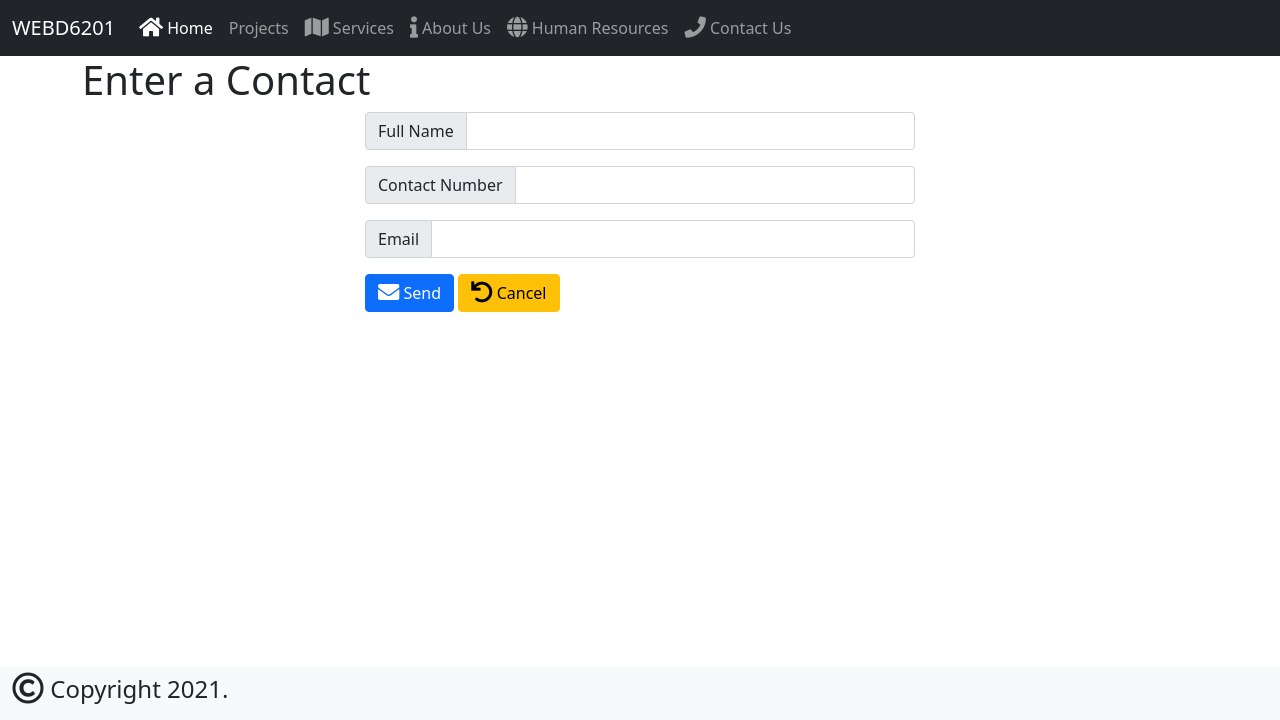
Repository: Sub4Sub/Lab_1
Page: contact.html
The author's editor kept a copy of each file at every save. The page is drawn from the files as they stood at one save, then again after the next save.
The browser window is 1280 px wide. The pictures show the whole page.

Above is the page before, as saved 2021-02-05 15:04:32.

### contact.html
<!DOCTYPE html>
<html lang="en">
<head>
    <meta charset="UTF-8">
    <meta name="viewport" content="width=device-width, initial-scale=1.0">
    <title>Contact</title>
    <!-- CSS Section -->
    <link rel="stylesheet" href="./node_modules/bootstrap/dist/css/bootstrap.min.css">
    <link rel="stylesheet" href="./node_modules/@fortawesome/fontawesome-free/css/all.min.css">
    <link rel="stylesheet" href="./Content/app.css">
</head>
<body>
    <!-- Main Header -->
    <header>
        <!-- Main Navigation -->
        <nav class="navbar navbar-expand-lg navbar-dark bg-dark">
            <div class="container-fluid">
              <a class="navbar-brand" href="index.html">WEBD6201</a>
              <button class="navbar-toggler" type="button" data-bs-toggle="collapse" data-bs-target="#navbarSupportedContent" aria-controls="navbarSupportedContent" aria-expanded="false" aria-label="Toggle navigation">
                <span class="navbar-toggler-icon"></span>
              </button>
              <div class="collapse navbar-collapse" id="navbarSupportedContent">
                <ul class="navbar-nav me-auto mb-2 mb-lg-0">
                  <li class="nav-item">
                    <a class="nav-link active" aria-current="page" href="index.html"><i class="fas fa-home fa-lg"></i> Home</a>
                  </li>

                  <li class="nav-item">
                    <a class="nav-link" id="productsLink" aria-current="page" href="products.html"><i class="fas fa-cog fa-lg"></i> Products</a>
                  </li>

                  <li class="nav-item">
                    <a class="nav-link" aria-current="page" href="services.html"><i class="fas fa-map fa-lg"></i> Services</a>
                  </li>

                  <li class="nav-item" id="aboutUsList">
                    <a class="nav-link" aria-current="page" href="about.html"><i class="fas fa-info fa-lg"></i> About Us</a>
                  </li>

                  <li class="nav-item">
                    <a class="nav-link" aria-current="page" href="contact.html"><i class="fas fa-phone fa-lg"></i> Contact Us</a>
                  </li>
                </ul>
              </div>
            </div>
          </nav>
    </header>

    <!-- Main Content -->
    <main class="container">
    </main>


    <!-- Script Section-->
    <script src="./node_modules/jquery/dist/jquery.min.js"></script>
    <script src="./node_modules/bootstrap/dist/js/bootstrap.bundle.min.js"></script>
    <script src="./Scripts/app.js"></script>
</body>
</html>

### Scripts/app.js
/*
* Name: Brett Tindall & Emeka Okoisama
* Student Id: 100708109 &
* Date Completed: 2021-02-05
*/

"use strict";

//IIFE - Immediately Invoked Function Expression
(function()
{

    /*
      Function that displays the home page's content
    */
    function displayHome()
    {
        let indexHeading = document.createElement("h1");

        indexHeading.setAttribute("id", "indexHeading");
        indexHeading.textContent = `Welcome to lab 1`;
        //indexHeading.className = "fs-4 fw-bold";

        let mainContent = document.querySelector("main");
        mainContent.appendChild(indexHeading);

        let newDivTag = document.createElement("div");
        newDivTag.innerHTML =
        `<h4>By Brett Tindall and Emeka Okoisama</h4>
        <p id="paragraphThree"> This is our first lab submission </p>`;

        mainContent.append(newDivTag);


    }

    /*
      Function that displays the contact page's content
    */
    function displayContact()
    {
      let contactHeading = document.createElement("h1");

      contactHeading.setAttribute("id", "contactHeading");
      contactHeading.textContent = "Enter a Contact";

      let mainContent = document.querySelector("main");
      mainContent.appendChild(contactHeading);

      let newDivTag = document.createElement("div");
      newDivTag.innerHTML =
      `<div id="messageArea"></div>

      <div class="row justify-content-lg-center g-3">
        <form class="col-lg-6 col-md-10 col-sm-10">

          <div class="input-group mb-3">
            <span class="input-group-text" id="inputGroup-sizing-default">Full Name </span>
            <input id="fullName" type="text" class="form-control" aria-label="Full Name" aria-describedby="Full Name Input"
            name="fullName" required>
          </div>

          <div class="input-group mb-3">
            <span class="input-group-text" id="inputGroup-sizing-default">Contact Number</span>
            <input id="contactNumber" type="tel" class="form-control" aria-label="Contact Number" aria-describedby="Contact Number Input"
            name="contactNumber" required>
          </div>

          <div class="input-group mb-3">
            <span class="input-group-text" id="inputGroup-sizing-default">Email</span>
            <input id="emailAddress" type="email" class="form-control" aria-label="Email Address" aria-describedby="Email Address Input"
            name="emailAddress" required>
          </div>

          <button id="sendButton" type="submit" class="btn btn-primary"><i class="fas fa-envelope fa-lg"></i> Send</button>
          <button id="cancelButton" type="reset" class="btn btn-warning"><i class="fas fa-undo fa-lg"></i> Cancel</button>
        </form>
      </div>`;

      mainContent.append(newDivTag);


      let sendButton = document.getElementById("sendButton");

        sendButton.addEventListener("click", function(event){

          window.location.href = '/index.html';

        });

    }

    /*
      Function that displays the fixed footer at the bottom of the page
    */
    function displayFooter()
    {
      let mainContent = document.querySelector("main");

      let newFooterTag = document.createElement("footer");

      newFooterTag.innerHTML =
      `
      <footer>
        <nav class="navbar fixed-bottom navbar-light bg-light">
            <div class="container-fluid">
              <h4><i class="far fa-copyright fa-lg"></i> Copyright 2021.</h4>
            </div>
          </nav>
    </footer>
      `

      mainContent.append(newFooterTag);

    }

    /*
      Function that adds a button to the human resources page
    */
    function addHumanResourcesButton()
    {

      let aboutUsLink = document.getElementById("aboutUsList");

      let newListItem = document.createElement("li");

      newListItem.innerHTML =
      `
      <li class="nav-item">
        <a class="nav-link" id="HumanResourcesLink" aria-current="page" href="human-resources.html"><i class="fas fa-globe fa-lg"></i> Human Resources</a>
      </li>
      `

      aboutUsLink.after(newListItem);

    }

    function Start()
    {
        console.log("App Started...");

        let productsButton = document.getElementById("productsLink");

        productsButton.textContent = "Projects";

       // productsButton.parentNode.replaceChild("Projects");

        addHumanResourcesButton();

        switch (document.title)
        {
          case "Home":
              displayHome();
            break;
          case "About":
              displayAbout();
            break;
          case "Projects":
              displayProjects();
            break;
          case "Services":
              displayServices();
            break;
          case "Contact":
              displayContact();
            break;
        }

    }

    displayFooter();

    window.addEventListener("load", Start);

})();

Loaded but not shown: node_modules/bootstrap/dist/css/bootstrap.min.css (library); node_modules/@fortawesome/fontawesome-free/css/all.min.css (library); node_modules/jquery/dist/jquery.min.js (library); node_modules/bootstrap/dist/js/bootstrap.bundle.min.js (library); Content/app.css (no stored copy; drawn as an empty file)

After the next save:
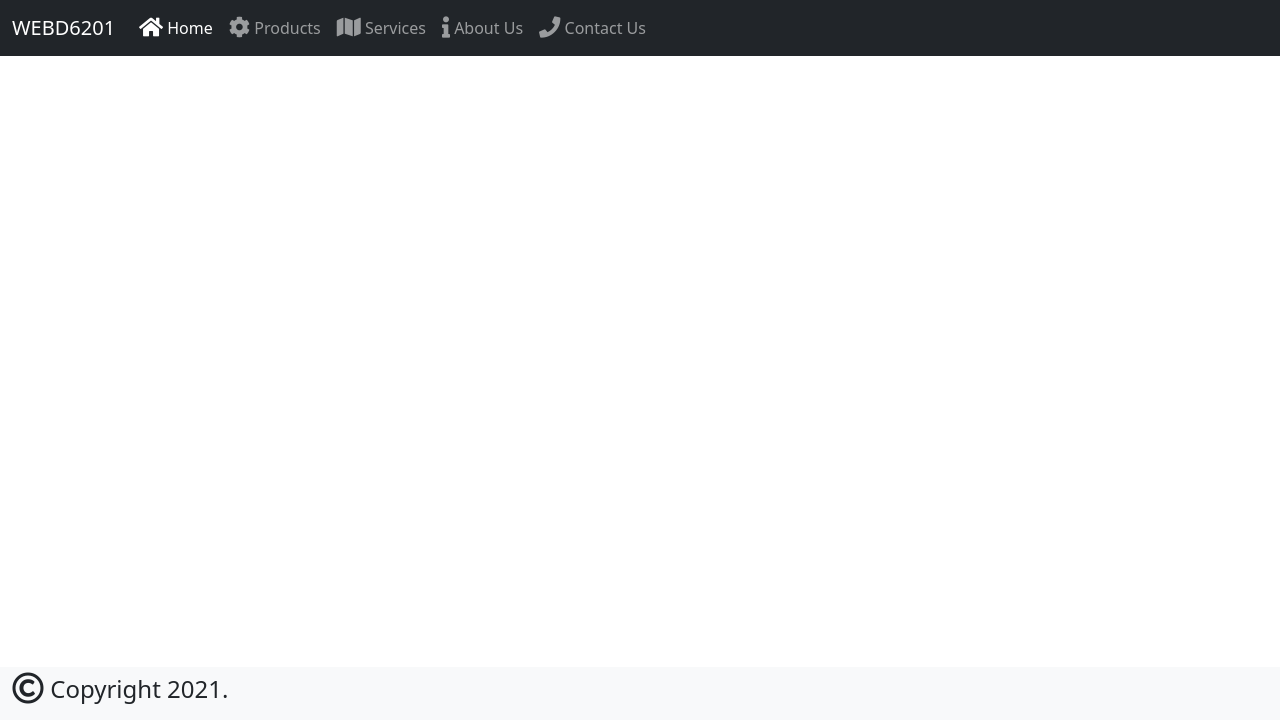
Console error (its wording comes from the project's code and is left out).
Saved 8 s later.
--- a/Scripts/app.js
+++ b/Scripts/app.js
@@ -141,9 +141,9 @@
 
         let productsButton = document.getElementById("productsLink");
 
-        productsButton.textContent = "Projects";
+       // productsButton.textContent = "Projects";
 
-       // productsButton.parentNode.replaceChild("Projects");
+        productsButton.parentNode.replaceChild("Projects");
 
         addHumanResourcesButton();
 

After the save that followed:
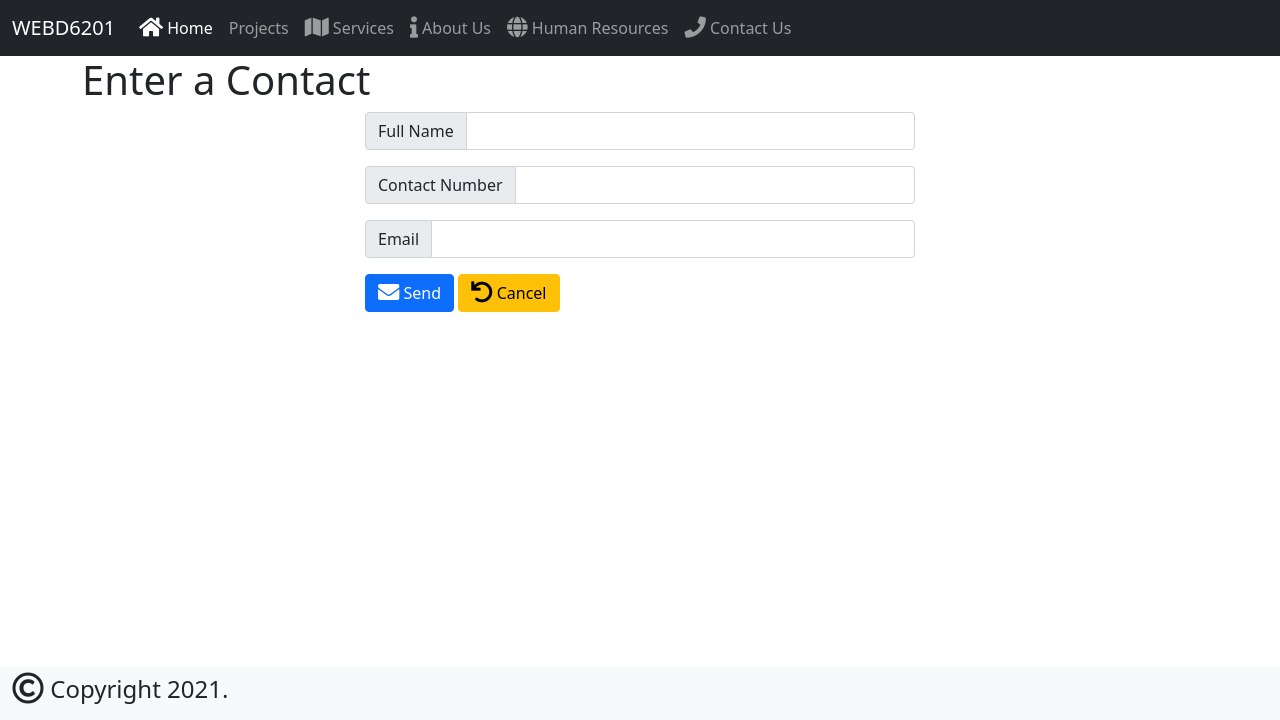
The error is gone.
Saved 21 s later.
--- a/Scripts/app.js
+++ b/Scripts/app.js
@@ -141,9 +141,9 @@
 
         let productsButton = document.getElementById("productsLink");
 
-       // productsButton.textContent = "Projects";
+       productsButton.textContent = "Projects";
 
-        productsButton.parentNode.replaceChild("Projects");
+       // productsButton.parentNode.replaceChild("Projects");
 
         addHumanResourcesButton();
 
